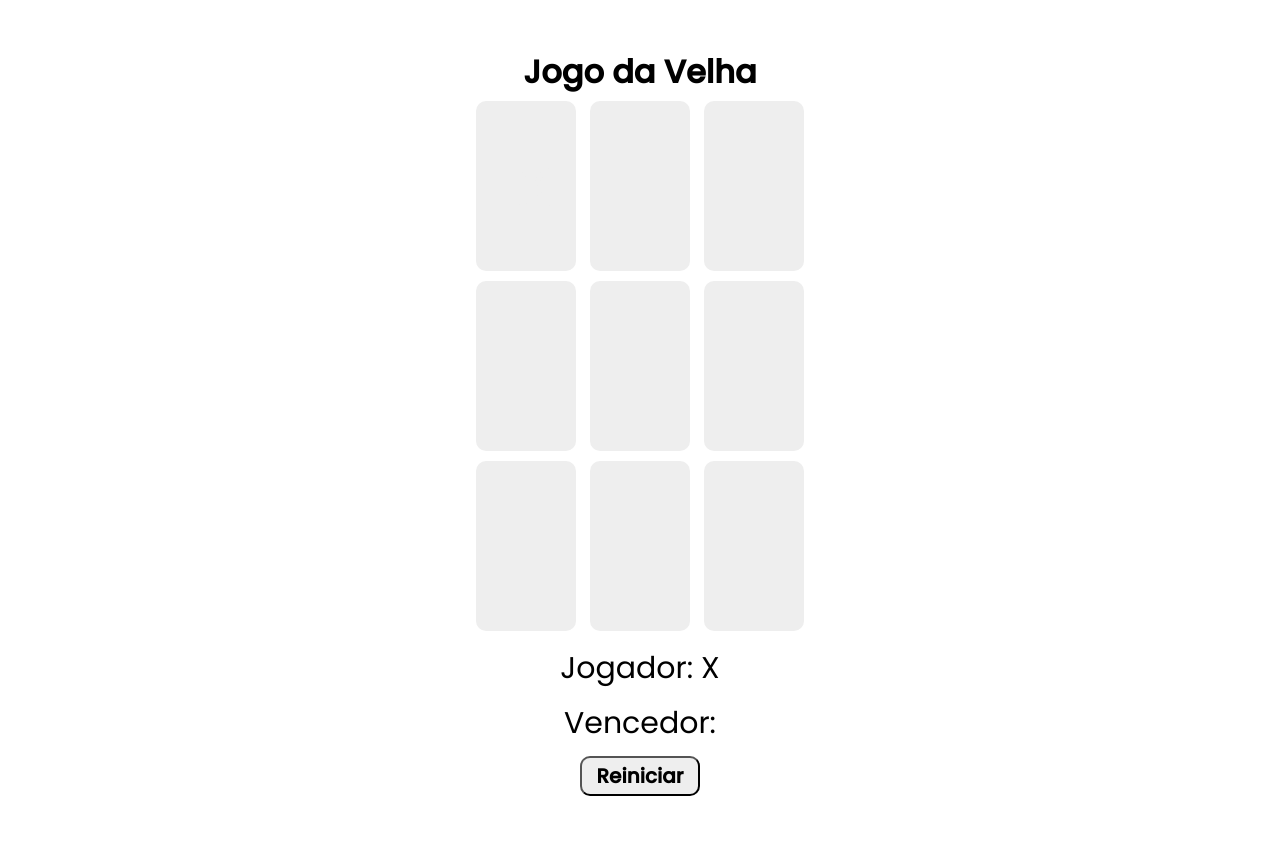
Repository: guilhermecardoso93/jogodavelha
Page: index.html
These files come from the project's save history. The page is drawn as it stood at one moment and after the next save; the edit follows.
The browser window is 1280 px wide. The pictures show the whole page.
After loading, the first visible `#\31` was clicked once.

Above is the page before, as saved 2023-05-31 22:02:24.
Console error: TypeError: Cannot set properties of undefined (setting 'color')

### index.html
<!DOCTYPE html>
<html lang="pt-BR">
  <head>
    <meta charset="UTF-8">
    <meta http-equiv="X-UA-Compatible" content="IE=edge">
    <meta name="viewport" content="width=device-width, initial-scale=1.0">
    <link rel="stylesheet" href="styles.css">
    <title>Jogo da Velha</title>
  </head>
  <body>
    <main>
      <h1>Jogo da Velha</h1>
      <div>
        <div id="1" class="squad" onclick="chooseSquad(this.id)">-</div>
        <div id="2" class="squad" onclick="chooseSquad(this.id)">-</div>
        <div id="3" class="squad" onclick="chooseSquad(this.id)">-</div>
      </div>
      <div>
        <div id="4" class="squad" onclick="chooseSquad(this.id)">-</div>
        <div id="5" class="squad" onclick="chooseSquad(this.id)">-</div>
        <div id="6" class="squad" onclick="chooseSquad(this.id)">-</div>
      </div>
      <div>
        <div id="7" class="squad" onclick="chooseSquad(this.id)">-</div>
        <div id="8" class="squad" onclick="chooseSquad(this.id)">-</div>
        <div id="9" class="squad" onclick="chooseSquad(this.id)">-</div>
      </div>
      <div class="player">
        <label>Jogador:</label>
        <label id="player-select"></label>
      </div>
      <div class="winner">
        <label>Vencedor:</label>
        <label id="winner-player"></label>
      </div>
      <div>
        <button type="button" id="reiniciarButton">Reiniciar</button>
      </div>
    </main>
    <script src="script.js"></script>
  </body>
</html>

### styles.css
@import url("https://fonts.googleapis.com/css2?family=Poppins:wght@400;500&display=swap");

* {
  margin: 0;
  padding: 0;
  box-sizing: border-box;
  font-family: "Poppins", sans-serif;
}

body {
  margin: 3rem;
  text-align: center;
}

.squad {
  display: inline-block;
  padding: 40px;
  margin: 5px;
  width: 100px;

  text-align: center;
  color: #eee;
  font-size: 60px;
  background-color: #eee;
  cursor: pointer;
  border-radius: 10px;
}

.player,
.winner {
  font-size: 30px;
  margin-top: 10px;
}

button {
  width: 120px;
  height: 40px;
  margin-top: 10px;
  background-color: #eee;
  cursor-pointer: pointer;
  border-radius: 10px;
  font-size: 20px;
  text-align: center;
  justify-content: center;
  font-weight: bold;
}

button:hover {
  color: #eee;
  background-color: #000000;
}

### script.js
var player = null
const playerSelected = document.getElementById('player-select')


changePlayer('X')

function chooseSquad(id) {
  var squad = document.getElementById(id)
  var squadColor = document.getElementsByClassName('squad')
  squad.innerHTML = player
  squadColor.styled.color ='#000000'
}

function changePlayer(value) {
  player = value
  playerSelected.innerHTML = player
}

After the next save:
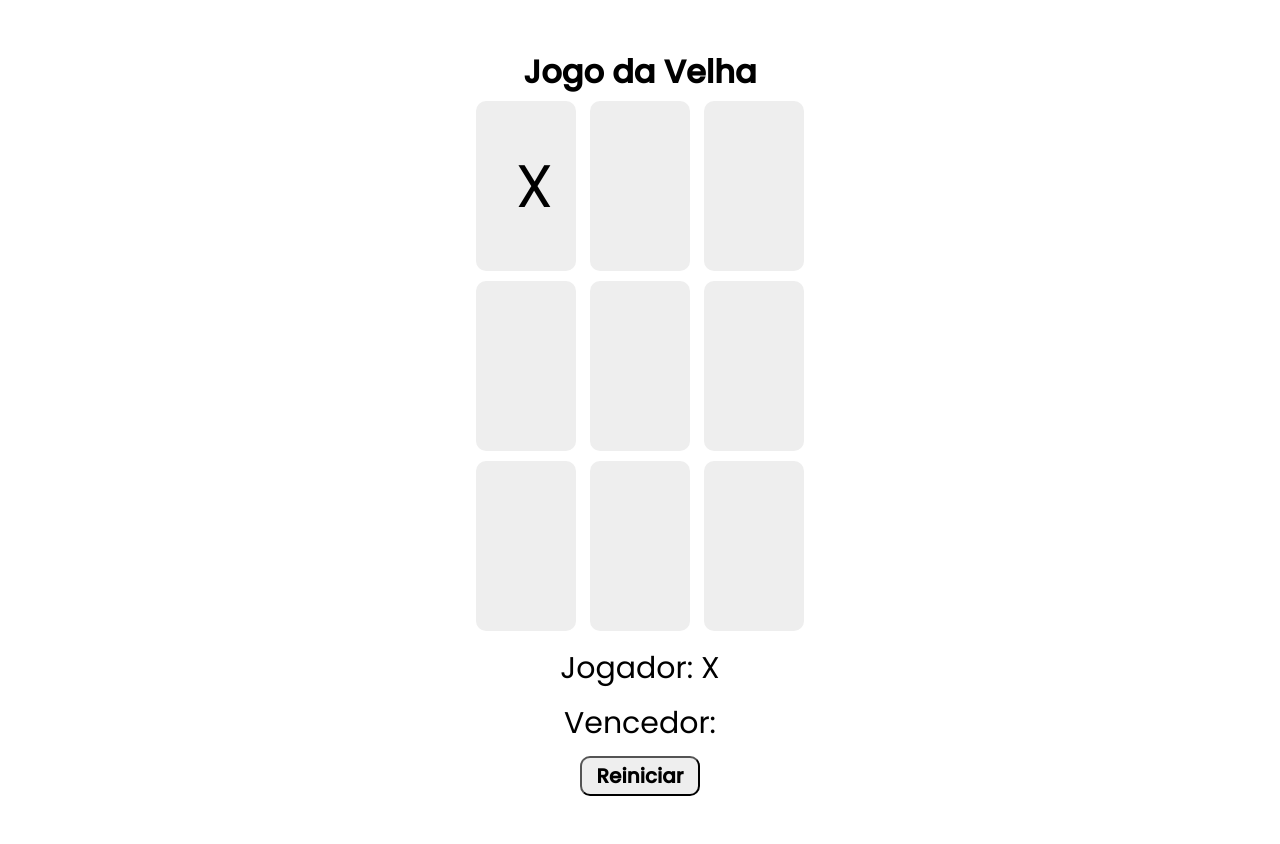
The error is gone.
Saved 88 s later.
--- a/script.js
+++ b/script.js
@@ -6,9 +6,9 @@ changePlayer('X')
 
 function chooseSquad(id) {
   var squad = document.getElementById(id)
-  var squadColor = document.getElementsByClassName('squad')
+
   squad.innerHTML = player
-  squadColor.styled.color ='#000000'
+  squad.style.color ='#000000'
 }
 
 function changePlayer(value) {
